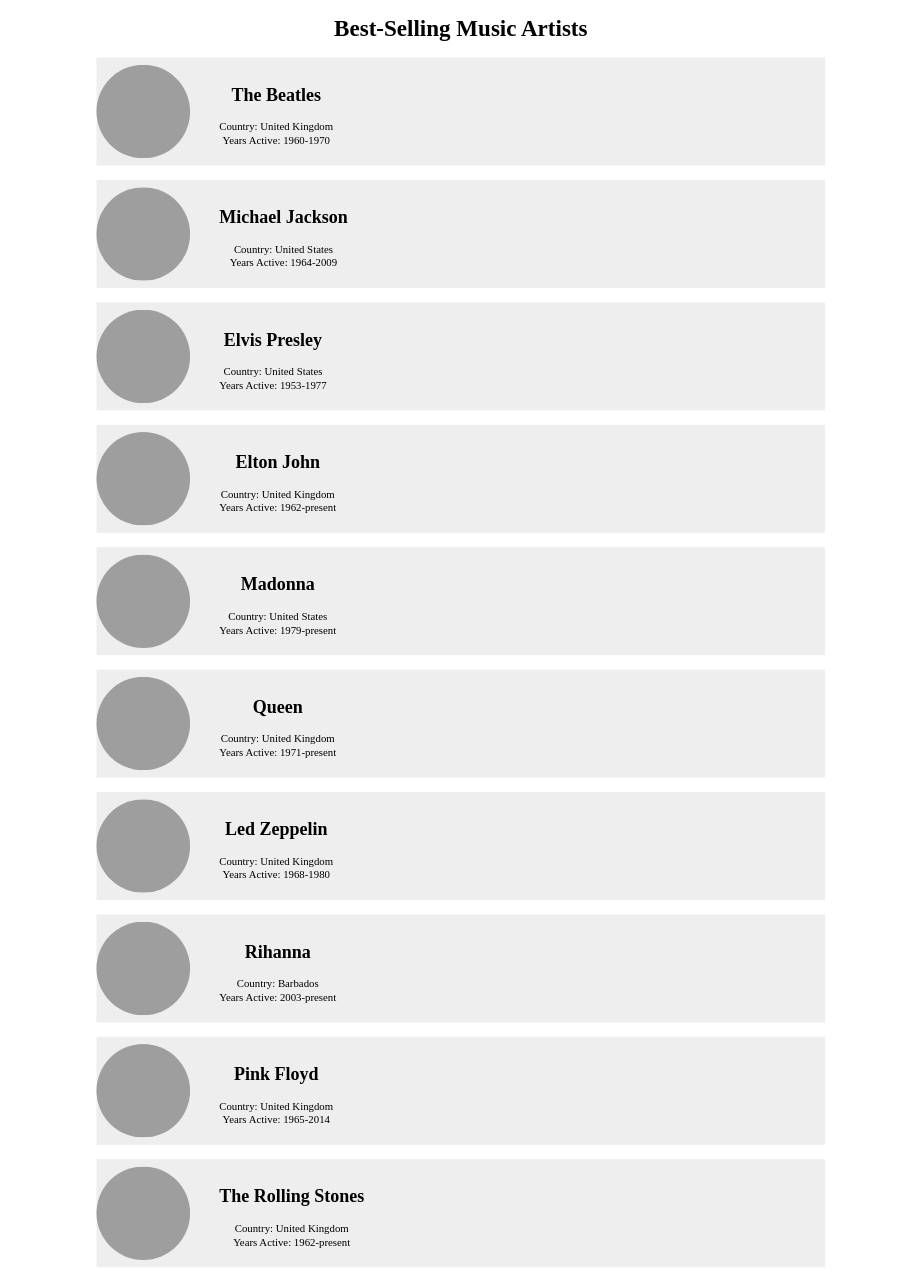
Repository: SamanthaYan298/my_artists
Page: /
An editor plug-in stored every save of this project. The page is shown before and after the next save, followed by the edit.
The browser window is 1280 px wide. The pictures show the whole page, at 72% of full size.
Pictures or frames that could not be fetched are drawn as grey boxes. The project was rebuilt for these pictures with package versions that can differ from the ones it lists, and the page was loaded fresh each time. Also part of the build but not shown: vite.config.js.

Above is the page before, as saved 2024-09-16 18:23:30.

### src/App.jsx
import { artists } from './best-selling-music-artists';
import ArtistDetails from './components/ArtistDetails';
import Layout from './components/Layout';

function App() {

  const artistsInfo = artists.map(artists => <ArtistDetails key={artists.name} artists={artists}/>)

  return (
    <Layout>
      <div className="app">
        <div>
          <h1>Best-Selling Music Artists</h1>
        </div>
        {artistsInfo}
      </div>
    </Layout>
  );
}

export default App;

### src/index.css
.layout {
    align-items: center;
    text-align: center;
}

.main-containter {
    display: flex;
    flex-direction: row;
    justify-content: flex-start;
    gap: 40px;
    line-height: 4px;
    font-size: 15px;
    width: 80%;
    background-color: #eee;
    padding: 10px 0;
    margin: 20px auto;
}

.names {
    padding: 15px 0;
    font-size: 25px;
}

### src/best-selling-music-artists.js
export const artists = [
    {
        name: 'The Beatles',
        photo_url: "https://upload.wikimedia.org/wikipedia/commons/9/9f/Beatles_ad_1965_just_the_beatles_crop.jpg",
        country: "United Kingdom",
        years_active: "1960-1970",
    },
    {
        name: 'Michael Jackson',
        photo_url: "https://upload.wikimedia.org/wikipedia/commons/8/83/Michael_Jackson_Dangerous_World_Tour_1993_cropped.png",
        country: "United States",
        years_active: "1964-2009",
    },
    {
        name: 'Elvis Presley',
        photo_url: "https://upload.wikimedia.org/wikipedia/commons/1/16/Elvis_Presley_1973_RCA_Records_and_Tapes_publicity_2_-_cropped.png",
        country: "United States",
        years_active: "1953-1977",
    },
    {
        name: 'Elton John',
        photo_url: "https://upload.wikimedia.org/wikipedia/commons/7/74/Elton_John_1980.png",
        country: "United Kingdom",
        years_active: "1962-present",
    },
    {
        name: 'Madonna',
        photo_url: "https://upload.wikimedia.org/wikipedia/commons/4/47/Madonna_II_A_1_%28cropped%29.jpg",
        country: "United States",
        years_active: "1979-present",
    },
    {
        name: 'Queen',
        photo_url: "https://upload.wikimedia.org/wikipedia/commons/a/ac/FreddieMercuryNov1977.jpg",
        country: "United Kingdom",
        years_active: "1971-present",
    },
    {
        name: 'Led Zeppelin',
        photo_url: "https://upload.wikimedia.org/wikipedia/commons/c/cc/Robert_Plant_at_the_Palace_Theatre%2C_Manchester.jpg",
        country: "United Kingdom",
        years_active: "1968-1980",
    },
    {
        name: 'Rihanna',
        photo_url: "https://upload.wikimedia.org/wikipedia/commons/b/b3/Rihanna_concert_in_Washington_DC_%28cropped%29.jpg",
        country: "Barbados",
        years_active: "2003-present",
    },
    {
        name: 'Pink Floyd',
        photo_url: "https://upload.wikimedia.org/wikipedia/commons/f/f2/David_Gilmour_Argentina_2015_%28cropped%29.jpg",
        country: "United Kingdom",
        years_active: "1965-2014",
    },
    {
        name: 'The Rolling Stones',
        photo_url: "https://upload.wikimedia.org/wikipedia/commons/0/06/Keith_Richards%2C_Mick_Jagger_performing_with_Rolling_Stones_at_Prudential_Center_2012-12-13.jpg",
        country: "United Kingdom",
        years_active: "1962-present",
    },
];

### src/components/ArtistDetails.jsx
function ArtistDetails(props) {

    const {artists} = props;

    return (
        <div className="main-containter">
            <div className="photos">
                <img
                    src={artists.photo_url}
                    alt={artists.name}
                    style={{
                        width: '130px',
                        height: '130px',
                        borderRadius: '50%',
                        objectFit: 'cover'
                    }}
                />
            </div>
            <div className="info">
            <h3 className="names">{artists.name}</h3>
            <p>Country: {artists.country}</p>
            <p>Years Active: {artists.years_active}</p>
            </div>
        </div>
    )
}

export default ArtistDetails;

### src/components/Layout.jsx
export default function Layout(props) {
    return (
        <div className="layout">
            {props.children}
        </div>
    )
}

Loaded but not shown: index.html (common file); src/main.jsx (common file)

After the next save:
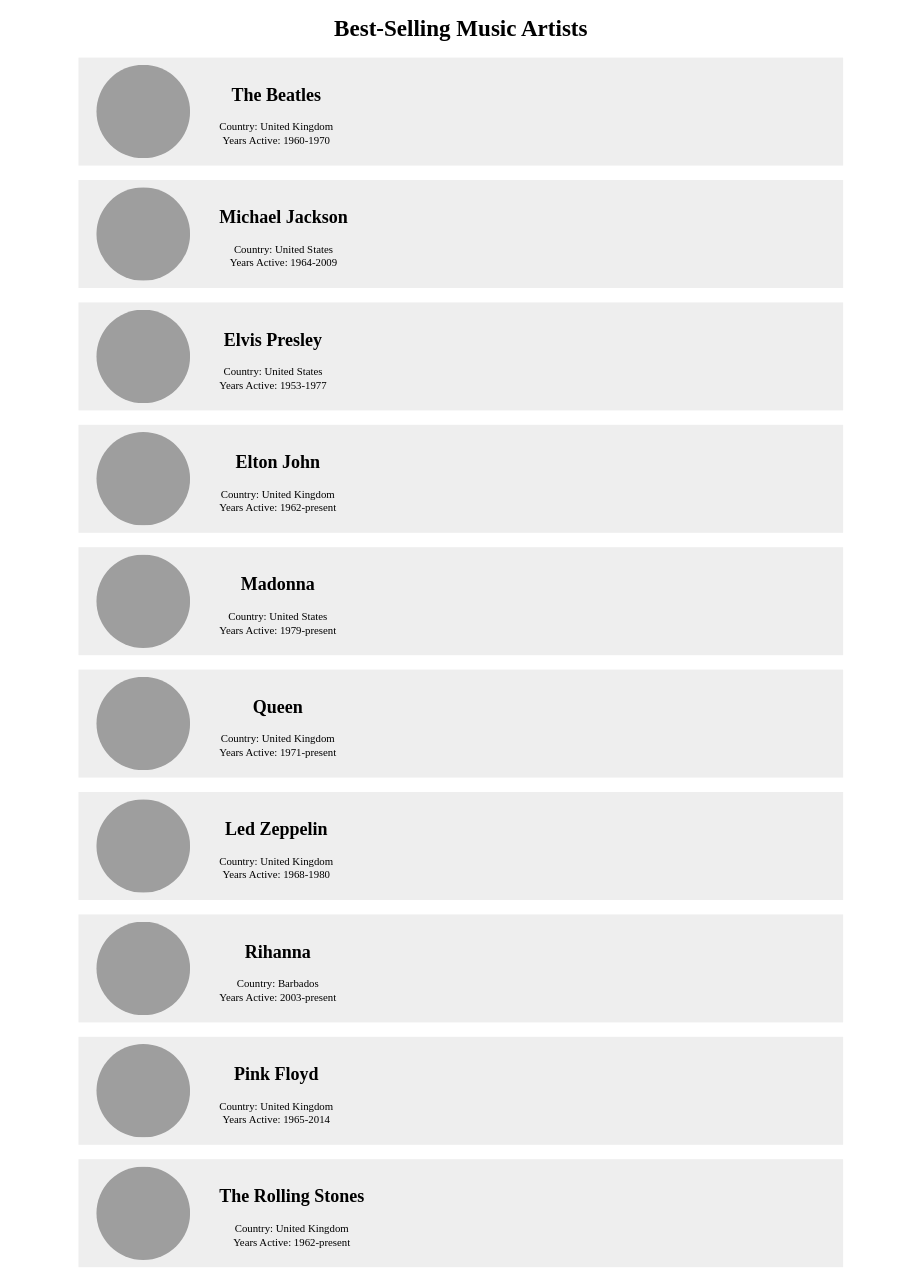
Saved 8 s later.
--- a/src/index.css
+++ b/src/index.css
@@ -12,7 +12,7 @@
     font-size: 15px;
     width: 80%;
     background-color: #eee;
-    padding: 10px 0;
+    padding: 10px 25px;
     margin: 20px auto;
 }
 
